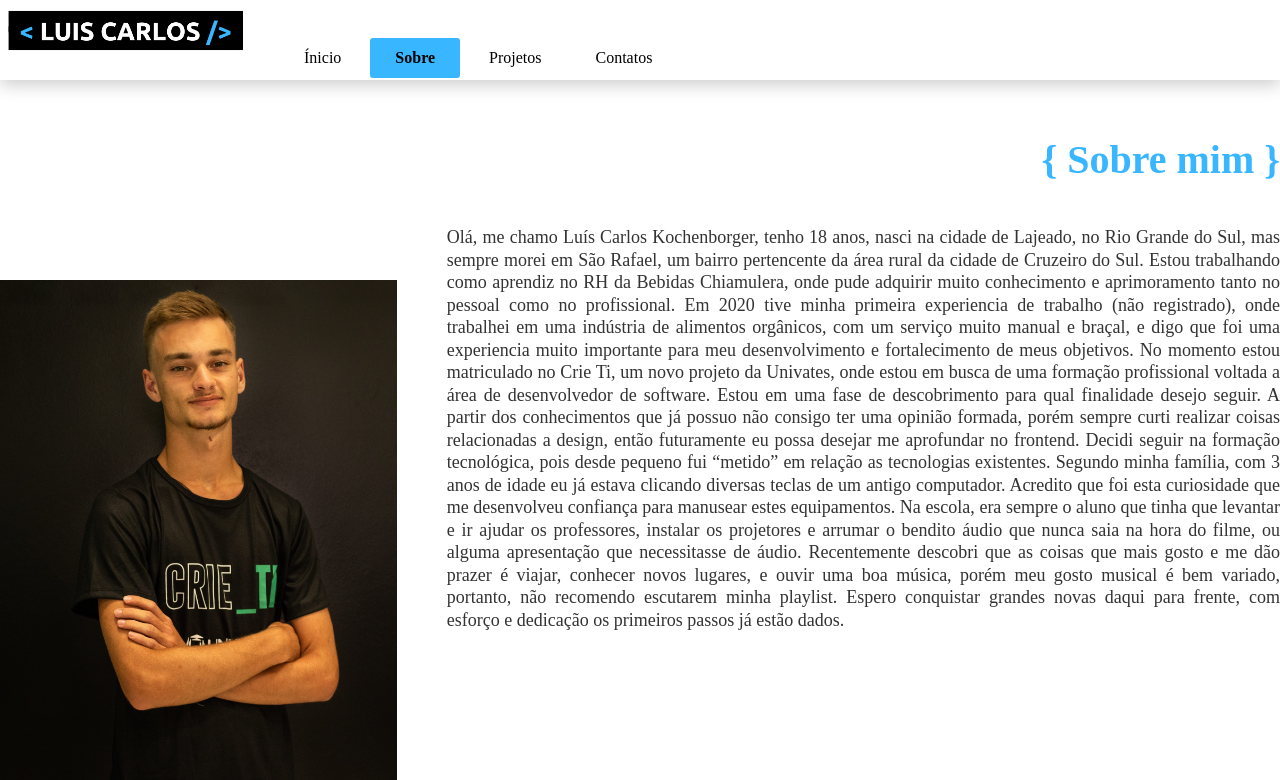
Repository: Iluiscarlos/SitePortifolio
Page: about.html
These files come from the project's save history. The page is drawn as it stood at one moment and after the next save; the edit follows.
The browser window is 1280 px wide. The pictures show the whole page.
Some web libraries are served in a nearby version.

Above is the page before, as saved 2022-05-23 22:21:48.

### about.html
<!DOCTYPE html>
<html lang="pt-BR">

<head>
    <meta charset="UTF-8">
    <meta name="viewport" content="width=device-width, initial-scale=1.0">
    <meta http-equiv="X-UA-Compatible" content="ie=edge">
    <title>Luís Carlos</title>
    <link rel="stylesheet" href="Styles/base/reset.css">
    <link rel="stylesheet" href="Styles/base/variables.css">
    <link rel="stylesheet" href="Styles/base/base.css">
    <link rel="stylesheet" href="Styles/layout/header.css">
    <link rel="stylesheet" href="Styles/layout/about.css">
    <script src="https://kit.fontawesome.com/2c48374459.js" crossorigin="anonymous"></script>
    <link rel="preconnect" href="https://fonts.googleapis.com">
    <link rel="preconnect" href="https://fonts.gstatic.com" crossorigin>
    <link href="https://fonts.googleapis.com/css2?family=Poppins&display=swap" rel="stylesheet">
</head>

<body>
    <header class="header">
        <img src="icons/logo.png" class="header__logo">
        <nav class="menu__item">
            <a href="index.html" class="menu__item">Ínicio</a>
            <a href="about.html" target="_self" class=" menu__item menu__item--active">Sobre</a>
            <a href="#" class="menu__item">Projetos</a>
            <a href="#" class="menu__item">Contatos</a>
        </nav>
    </header>
    <section class="about">
        <img src="photos/About.jpg" class="about__photo">

        <div>
            <h1 class="about__tittle">{ Sobre mim }</h1>
            <br>
            <p class="about__content">Olá, me chamo Luís Carlos Kochenborger, tenho 18 anos, nasci na cidade de Lajeado, no Rio Grande do Sul, mas sempre morei em São Rafael, um bairro pertencente da área rural da cidade de Cruzeiro do Sul.
                Estou trabalhando como aprendiz no RH da Bebidas Chiamulera, onde pude adquirir muito conhecimento e aprimoramento tanto no pessoal como no profissional. Em 2020 tive minha primeira experiencia de trabalho (não registrado), onde trabalhei em uma indústria de alimentos orgânicos, com um serviço muito manual e braçal, e digo que foi uma experiencia muito importante para meu desenvolvimento e fortalecimento de meus objetivos.
                No momento estou matriculado no Crie Ti, um novo projeto da Univates, onde estou em busca de uma formação profissional voltada a área de desenvolvedor de software. Estou em uma fase de descobrimento para qual finalidade desejo seguir. A partir dos conhecimentos que já possuo não consigo ter uma opinião formada, porém sempre curti realizar coisas relacionadas a design, então futuramente eu possa desejar me aprofundar no frontend.
                Decidi seguir na formação tecnológica, pois desde pequeno fui “metido” em relação as tecnologias existentes. Segundo minha família, com 3 anos de idade eu já estava clicando diversas teclas de um antigo computador. Acredito que foi esta curiosidade que me desenvolveu confiança para manusear estes equipamentos. Na escola, era sempre o aluno que tinha que levantar e ir ajudar os professores, instalar os projetores e arrumar o bendito áudio que nunca saia na hora do filme, ou alguma apresentação que necessitasse de áudio.
                Recentemente descobri que as coisas que mais gosto e me dão prazer é viajar, conhecer novos lugares, e ouvir uma boa música, porém meu gosto musical é bem variado, portanto, não recomendo escutarem minha playlist.
                Espero conquistar grandes novas daqui para frente, com esforço e dedicação os primeiros passos já estão dados.</p>

        </div>
    </section>
</body>
</html>

### Styles/base/variables.css
:root{
    --color-red: #F41B3B;
    --color-green: #1EBC99;
    --color-blue: #38b6ff;
    --color-blue1: #0058dd;
    --color-purple:#6b009d;
    --color-yellow: #F9CC0D;
    --color-white: #ffffff;
    --color-black: #000000;
    --color-black1: #333;
    --color-darken-gray: #363536;
    --color-light-gray: #807E81;
    --color-gray: #4f4e50;
    --color-fa: #fafafa;
    --color-ea: #eaeaea;
    --color-cece: #cecece;

--font-family-Roboto:"Roboto Flex", 'Sans serif';
--font-size-default: 16px;
--border-radius-default:3px;

--font-family-primary: var(--font-family-Roboto);
}

### Styles/base/base.css
body {
    font-family: var(--font-family-primary);
    font-size: var(--font-size-default);
    background-color:  var(--color-white);
    color: var(--color-black1);
}


.divisor{
    size: 1;
    width: 100%;
}

.container {
    width: 1100px;
    max-width: 100%;
    margin-left: auto;
    margin-right: auto;
    margin-bottom: 60px;
  }

### Styles/layout/header.css
.header{
    position: fixed;
    height: 80px;
    font-size: 16px;
    background-color: var(--color-white);
    box-shadow: 0 5px 1em #cecece;
    top: 0;
    left: 0;
    right: 0;
}

.header .container{
    display: flex;
    align-items: center;
    height: 100%;
}
.menu__item{
    display: inline-block;
    padding: 0 25px 0;
    text-decoration: none;
    /*border-right: 2px solid var(--color-blue);*/
    color: var(--color-black);
    margin-left: auto;
}

.menu__item--active{
    color: var(--color-black);
    display: inline-block;
    text-align: center;
    font-weight: bold;
    line-height: 40px;
    border-radius: 3px;
    background: var(--color-blue);
}

/*.menu__item:last-child{
    border-right: none;
}*/

.header__logo{
    width: 250px;
}


@media only screen and (max-width: 480px){
    .header{
    display: block;
    position: fixed;
    top: 60px;
    left: 0;
    right: 0;
    bottom: 0;
    background-color: pink;
    transform: translateX(-100%);

}


    .header__menu::-webkit-scrollbar{
        width: 0;
        height: 0;
    }

    .menu__item{
        display: block;
        margin: 20px 0;
    }

}

### Styles/layout/about.css
.about{
    display: flex;
}

.about__photo{
    width: 400px;
    height: 500px;
    padding-top: 280px;
    padding-right: 50px;
    vertical-align: middle;
    object-fit: cover;
}


.about__tittle{
    color: var(--color-blue);
    font-size: 40px;
    font-weight:900;
    padding-top: 140px;
    text-align: end;
}


.about__content{
    font-family: var(--font-family-primary);
    font-size: 18px;
    padding-top: 30px;
    text-align: justify;
    line-height: 1.25;
}


a{
    text-decoration: none;
}

.bold__blue{
    font-weight: bold;
    color: var(--color-blue);
}

.bold__black{
    font-weight: bold;
    color: var(--color-black);
}


.experience{
    display: flex;
    flex-direction: column;
}

.subtitle{
    color: var(--color-blue);
    font-size: 40px;
    font-weight:500;
    padding-top: 25px;
    text-align: center;
    vertical-align:top;
}

.experience__list{
    text-align: justify;
    font-size: 18px;
    font-weight: 400;
    line-height: 25px;
}

.experience__edu{
    text-align: justify;
    font-size: 18px;
    font-weight: 400;
    line-height: 25px;
}

Loaded but not shown: Styles/base/reset.css (common file)

After the next save:
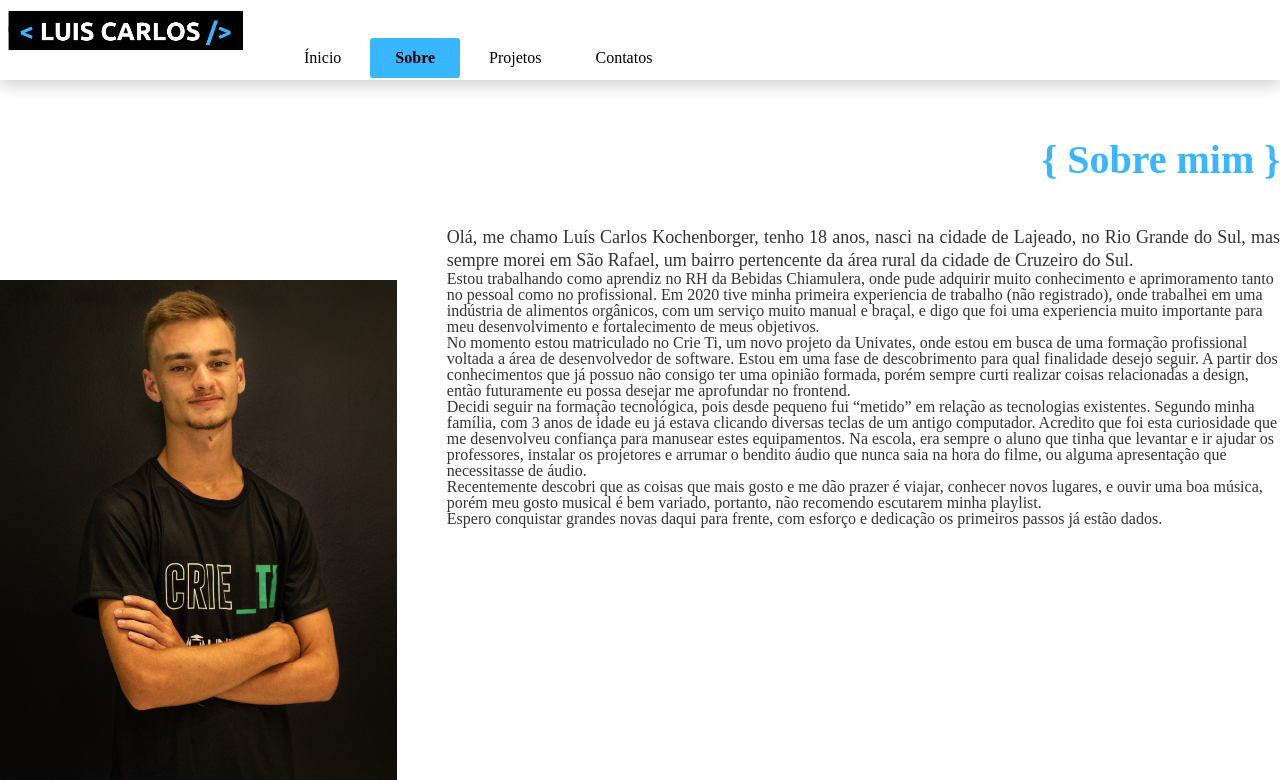
Saved 94 s later.
--- a/about.html
+++ b/about.html
@@ -33,12 +33,12 @@
         <div>
             <h1 class="about__tittle">{ Sobre mim }</h1>
             <br>
-            <p class="about__content">Olá, me chamo Luís Carlos Kochenborger, tenho 18 anos, nasci na cidade de Lajeado, no Rio Grande do Sul, mas sempre morei em São Rafael, um bairro pertencente da área rural da cidade de Cruzeiro do Sul.
-                Estou trabalhando como aprendiz no RH da Bebidas Chiamulera, onde pude adquirir muito conhecimento e aprimoramento tanto no pessoal como no profissional. Em 2020 tive minha primeira experiencia de trabalho (não registrado), onde trabalhei em uma indústria de alimentos orgânicos, com um serviço muito manual e braçal, e digo que foi uma experiencia muito importante para meu desenvolvimento e fortalecimento de meus objetivos.
-                No momento estou matriculado no Crie Ti, um novo projeto da Univates, onde estou em busca de uma formação profissional voltada a área de desenvolvedor de software. Estou em uma fase de descobrimento para qual finalidade desejo seguir. A partir dos conhecimentos que já possuo não consigo ter uma opinião formada, porém sempre curti realizar coisas relacionadas a design, então futuramente eu possa desejar me aprofundar no frontend.
-                Decidi seguir na formação tecnológica, pois desde pequeno fui “metido” em relação as tecnologias existentes. Segundo minha família, com 3 anos de idade eu já estava clicando diversas teclas de um antigo computador. Acredito que foi esta curiosidade que me desenvolveu confiança para manusear estes equipamentos. Na escola, era sempre o aluno que tinha que levantar e ir ajudar os professores, instalar os projetores e arrumar o bendito áudio que nunca saia na hora do filme, ou alguma apresentação que necessitasse de áudio.
-                Recentemente descobri que as coisas que mais gosto e me dão prazer é viajar, conhecer novos lugares, e ouvir uma boa música, porém meu gosto musical é bem variado, portanto, não recomendo escutarem minha playlist.
-                Espero conquistar grandes novas daqui para frente, com esforço e dedicação os primeiros passos já estão dados.</p>
+            <p class="about__content">Olá, me chamo Luís Carlos Kochenborger, tenho 18 anos, nasci na cidade de Lajeado, no Rio Grande do Sul, mas sempre morei em São Rafael, um bairro pertencente da área rural da cidade de Cruzeiro do Sul.</p>
+                <p>Estou trabalhando como aprendiz no RH da Bebidas Chiamulera, onde pude adquirir muito conhecimento e aprimoramento tanto no pessoal como no profissional. Em 2020 tive minha primeira experiencia de trabalho (não registrado), onde trabalhei em uma indústria de alimentos orgânicos, com um serviço muito manual e braçal, e digo que foi uma experiencia muito importante para meu desenvolvimento e fortalecimento de meus objetivos.</p>
+                <p>No momento estou matriculado no Crie Ti, um novo projeto da Univates, onde estou em busca de uma formação profissional voltada a área de desenvolvedor de software. Estou em uma fase de descobrimento para qual finalidade desejo seguir. A partir dos conhecimentos que já possuo não consigo ter uma opinião formada, porém sempre curti realizar coisas relacionadas a design, então futuramente eu possa desejar me aprofundar no frontend.</p>
+                <p>Decidi seguir na formação tecnológica, pois desde pequeno fui “metido” em relação as tecnologias existentes. Segundo minha família, com 3 anos de idade eu já estava clicando diversas teclas de um antigo computador. Acredito que foi esta curiosidade que me desenvolveu confiança para manusear estes equipamentos. Na escola, era sempre o aluno que tinha que levantar e ir ajudar os professores, instalar os projetores e arrumar o bendito áudio que nunca saia na hora do filme, ou alguma apresentação que necessitasse de áudio.</p>
+                <p>Recentemente descobri que as coisas que mais gosto e me dão prazer é viajar, conhecer novos lugares, e ouvir uma boa música, porém meu gosto musical é bem variado, portanto, não recomendo escutarem minha playlist.</p>
+                <p>Espero conquistar grandes novas daqui para frente, com esforço e dedicação os primeiros passos já estão dados.</p>
 
         </div>
     </section>
